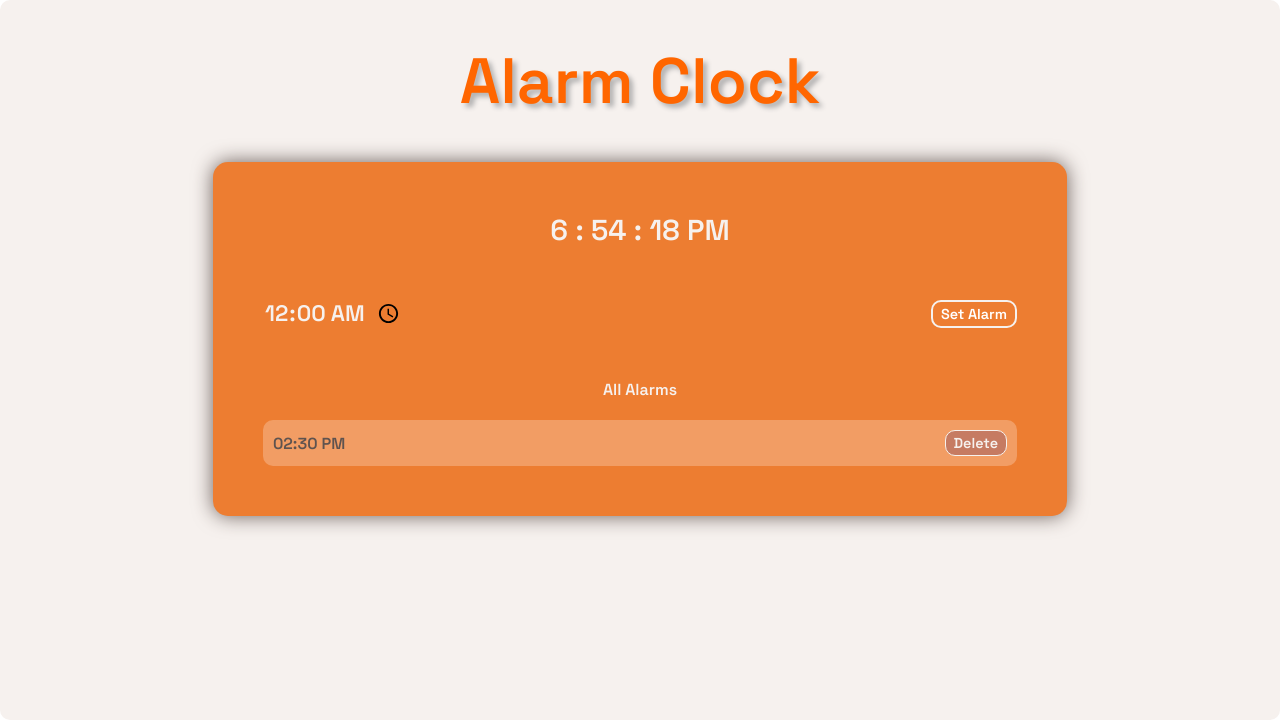
Repository: Pragya016/Alarm-Clock
Page: Index.html
An editor plug-in stored every save of this project. The page is shown before and after the next save, followed by the edit.
The browser window is 1280 px wide. The pictures show the whole page.

Above is the page before, as saved 2024-01-20 00:19:12.

### Index.html
<!DOCTYPE html>
<html lang="en">

<head>
    <meta charset="UTF-8">
    <meta name="viewport" content="width=device-width, initial-scale=1.0">
    <!-- css stylesheet -->
    <link rel="stylesheet" href="styles.css">

    <title>Alarm Clock</title>
</head>

<body>
    <div id="box">
        <h1>Alarm Clock</h1>
        <div class="container">

            <!-- showing the current time -->
            <div id="current-time">
                <h2 class="cur-time"></h2>
            </div>

            <!-- to set the alarm -->
            <div id="set-alarm">
                <h3>
                    <input type="time" class="set-time" value="00:00">
                </h3>
                <button type="button" id="set-alarm-btn">
                    Set Alarm
                </button>
            </div>

            <!-- list of alarms that are already been set -->
            <div id="all-alarms">
                <p class="heading"><b>All Alarms</b>
                </p>
                <div class="alarm">
                    <p class="preSetAlarmTime">
                        02:30 PM
                    </p>
                    <button type="button" class="dlt-alarm-btn">
                        Delete
                    </button>
                </div>
            </div>
        </div>
    </div>
    <!-- script -->
    <script src="clock.js"></script>
</body>

</html>

### styles.css
@import url('https://fonts.googleapis.com/css2?family=IBM+Plex+Mono:wght@700&family=Space+Grotesk:wght@600&display=swap');

/* default css styles */
:root {
    --creamColor : #F6F1EE;
    --orangeShadeDark : #ff6600;
    --OrangeColor : #ED7D31;
    --brownColor : #6C5F5B;
    --brownShadeDarker : #5f534f;
    --orangeShadeDarker : #ba4c28;
}

body, html{
    margin: 0;
    padding: 0;
}

*{
    box-sizing: border-box;
    margin: 0;
        font-family: 'IBM Plex Mono', monospace;
font-family: 'Space Grotesk', sans-serif;
}

/* main container */
#box{
    height: 100vh;
    padding: 30px;
    width: 100%;
    margin: auto;
    border-radius: 10px;
    background-color: var(--creamColor);
}

#box h1{
    color: var(--orangeShadeDark);
    text-align: center;
    margin-top: 10px;
    font-size: 4rem;
    overflow: hidden;
    text-shadow: 4px 4px 5px rgb(179, 178, 178);
}

/* ----------------------------- */

#current-time{
    font-size: 1.2rem;
}

/* ----------------------------- */

.container {
    color: var(--creamColor);
    height: auto;
    width: 70%;
    overflow: scroll;
    margin: 40px auto 0;
    padding: 50px;
    font-family: Arial, Helvetica, sans-serif;
    display: flex;
    flex-direction: column;
    /* letter-spacing: 3px; */
    align-items: center;
    border-radius: 15px;
    background-color: var(--OrangeColor);
    box-shadow: 0px 0px 20px var(--brownColor);
}

/* ----------------------------- */
/* set alarm container */

#set-alarm {
    display: flex;
    justify-content: space-between;
    width: 100%;
    margin: 50px auto 30px auto;
}

.set-time {
    cursor: pointer;
    border: none;
    background-color: #00000000;
    color: var(--creamColor);
}

.set-time{
    border: none;
    font-size: larger;
    font-weight: 600;
}

/* ----------------------------- */
/* all alarms container */

#all-alarms {
    margin-top: 20px;
    display: flex;
    justify-content: space-between;
    width: 100%;
    height: auto;
    flex-direction: column;
    align-items: center;
}

#all-alarms .heading {
    color: var(--creamColor);
}

.alarm{
    display: flex;
    justify-content: space-between;
    width: 100%;
    padding: 10px;
    background-color: rgba(255, 255, 255, 0.247);
    margin-top: 20px;align-items: center;
    border-radius: 10px;
}

.alarm .preSetAlarmTime {
    font-size: 1rem;
    color: var(--brownShadeDarker);
}

.dlt-alarm-btn{
    border: 1px solid var(--creamColor);;
    background-color: hsl(15, 47%, 58%);
    color: var(--creamColor);
}

.dlt-alarm-btn:hover {
    border-color:var(--orangeShadeDarker);
    background-color: #F6F1EE;
    color: var(--orangeShadeDarker);
}

/* ----------------------------- */

button {
    width: auto;
    margin: auto 0;
    border-radius: 10px;
    font: 600;
    font-size: 0.9rem;
    border: none;
     padding: 3px 8px;
    border: 2px solid #F6F1EE;;
    background-color: #ED7D31;
    cursor: pointer;
    color: white;
}

button:hover{
   color: #ce5300;
    background-color: var(--creamColor);
}

### clock.js
// selecting all the elements of html
const currentTime = document.querySelector('.cur-time');
const setNewAlarm = document.querySelector('.set-time');
const setNewAlarmBtn = document.querySelector('#set-alarm-btn');
const preSetAlarmTime = document.querySelector('.preSetAlarmTime');
const deleteBtn = document.querySelector('.dlt-alarm-btn');
const allAlarmsContainer = document.querySelector('#all-alarms');



// --------------------------------------------
// display the current time

function updateTime() {
    let currentDate = new Date();
    let hours = currentDate.getHours();
    let minutes = currentDate.getMinutes();
    let seconds = currentDate.getSeconds();

    // selecting am or pm
    var ampm = (hours >= 12) ? "PM" : "AM";

    // getting hours minutes and seconds
    hours = (hours < 10) ? "0" + hours : hours - 12;
    minutes = (minutes < 10) ? "0" + minutes : minutes;
    seconds = (seconds < 10) ? "0" + seconds : seconds;

    // setting the tet content to current time
    let currentTimeString = `${hours} : ${minutes} : ${seconds} ${ampm}`;
    currentTime.textContent = currentTimeString;
}

setInterval(updateTime, 1000);
updateTime();


// --------------------------------------------
// setting new alarm

setNewAlarmBtn.addEventListener('click', () => {
    // getting the input value
    const timeInput = setNewAlarm.value;
    let [hourVal, minVal] = timeInput.split(':');

    const period = hourVal >= 12 ? 'PM' : 'AM';

    // console.log(minVal, hourVal)
    if (hourVal === '00') {
        hourVal = 12;
    }
    if (hourVal > 12) {
        hourVal %= 12;
    }

    // html for newly created alarm
    const newAlarm = `
            <div class="alarm">
                <p class="preSetAlarmTime">
                    ${hourVal}:${minVal} ${period}
                </p>
                <button type="button" class="dlt-alarm-btn">
                    Delete
                </button>
            </div>
        `;

    // inserting the html to the container
    setTimeout(() => {
        allAlarmsContainer.insertAdjacentHTML('beforeend', newAlarm);
        setNewAlarm.value = '00:00';
        startCountDown(hourVal, minVal, period);
    }, 300);

});

// --------------------------------------------
function startCountDown(hours, minutes, period) {
    const now = new Date();
    const currentHours = now.getHours();
    const currentMinutes = now.getMinutes();
    let targetDate = now;

    // Convert hours to 24-hour format if PM
    if (period.toLowerCase() === 'pm') {
        hours = (hours % 12) + 12;
    } else {
        hours = hours % 12;
    }

    // Check if the specified time has already passed today
    if (currentHours > hours || (currentHours === hours && currentMinutes > minutes)) {
        // If yes, set the alarm for the same time on the next day
        targetDate.setDate(targetDate.getDate() + 1);
    }

    // Set the target time on the specified date
    targetDate.setHours(hours, minutes, 0, 0);

    // Calculate remaining seconds until the target time
    const remainingTime = targetDate.getTime() - now.getTime();

    setTimeout(() => {
        alert('alarm ended!!');
    }, remainingTime);
}

// --------------------------------------------
// deleting the alarm

allAlarmsContainer.addEventListener('click', (e) => {
    // checking if delete alarm btn is present or not
    if (e.target.classList.contains('dlt-alarm-btn')) {

        // finding the closest element
        const alarmElement = e.target.closest('.alarm');

        // deleting the alarm
        if (alarmElement) {
            setTimeout(() => {
                alarmElement.remove();
            }, 300);
        }
    }
});

After the next save:
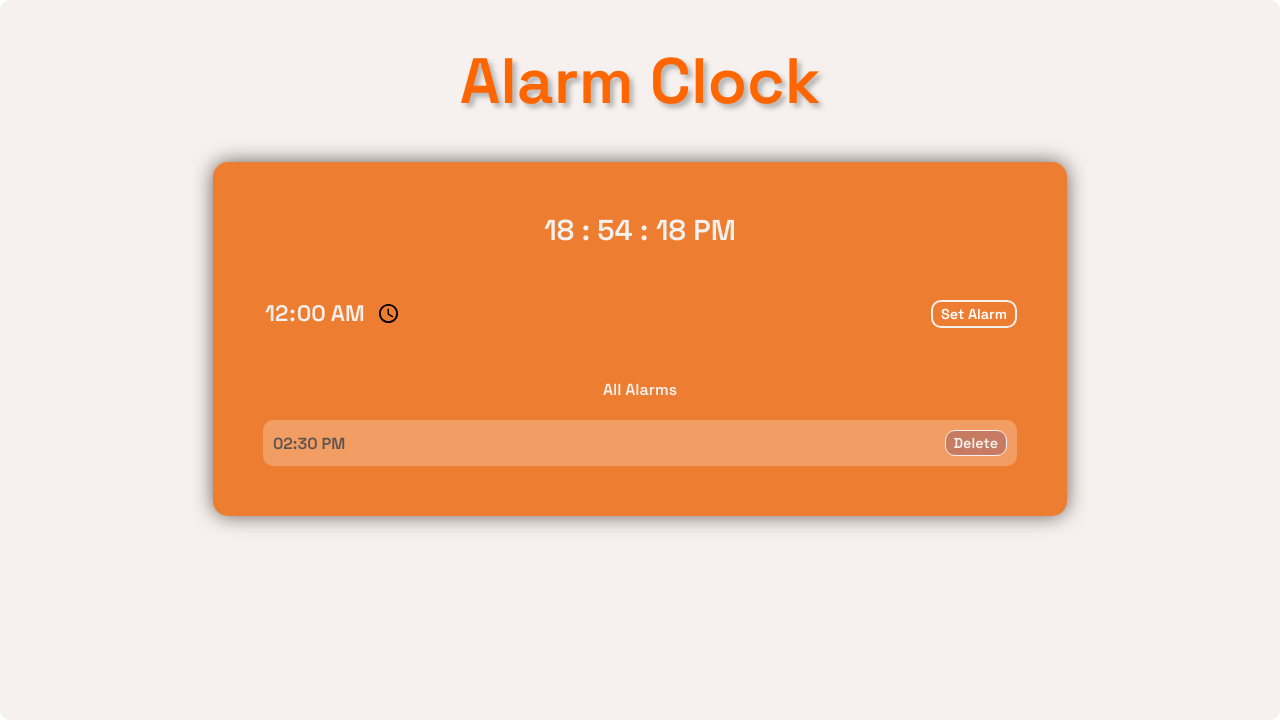
Saved 95 s later.
--- a/clock.js
+++ b/clock.js
@@ -1,4 +1,4 @@
-// selecting all the elements of html
+// Selecting all the elements of HTML
 const currentTime = document.querySelector('.cur-time');
 const setNewAlarm = document.querySelector('.set-time');
 const setNewAlarmBtn = document.querySelector('#set-alarm-btn');
@@ -6,10 +6,8 @@
 const deleteBtn = document.querySelector('.dlt-alarm-btn');
 const allAlarmsContainer = document.querySelector('#all-alarms');
 
-
-
 // --------------------------------------------
-// display the current time
+// Display the current time
 
 function updateTime() {
     let currentDate = new Date();
@@ -17,15 +15,15 @@
     let minutes = currentDate.getMinutes();
     let seconds = currentDate.getSeconds();
 
-    // selecting am or pm
+    // Selecting AM or PM
     var ampm = (hours >= 12) ? "PM" : "AM";
 
-    // getting hours minutes and seconds
-    hours = (hours < 10) ? "0" + hours : hours - 12;
+    // Getting hours, minutes, and seconds
+    hours = (hours < 10) ? "0" + hours : hours;
     minutes = (minutes < 10) ? "0" + minutes : minutes;
     seconds = (seconds < 10) ? "0" + seconds : seconds;
 
-    // setting the tet content to current time
+    // Setting the text content to current time
     let currentTimeString = `${hours} : ${minutes} : ${seconds} ${ampm}`;
     currentTime.textContent = currentTimeString;
 }
@@ -33,26 +31,24 @@
 setInterval(updateTime, 1000);
 updateTime();
 
-
 // --------------------------------------------
-// setting new alarm
+// Setting new alarm
 
 setNewAlarmBtn.addEventListener('click', () => {
-    // getting the input value
+    // Getting the input value
     const timeInput = setNewAlarm.value;
     let [hourVal, minVal] = timeInput.split(':');
 
     const period = hourVal >= 12 ? 'PM' : 'AM';
 
-    // console.log(minVal, hourVal)
+    // Adjusting hourVal for 12-hour format
     if (hourVal === '00') {
         hourVal = 12;
-    }
-    if (hourVal > 12) {
+    } else if (hourVal > 12) {
         hourVal %= 12;
     }
 
-    // html for newly created alarm
+    // HTML for the newly created alarm
     const newAlarm = `
             <div class="alarm">
                 <p class="preSetAlarmTime">
@@ -64,21 +60,41 @@
             </div>
         `;
 
-    // inserting the html to the container
-    setTimeout(() => {
-        allAlarmsContainer.insertAdjacentHTML('beforeend', newAlarm);
-        setNewAlarm.value = '00:00';
-        startCountDown(hourVal, minVal, period);
-    }, 300);
+    // Inserting the HTML to the container
+    allAlarmsContainer.insertAdjacentHTML('beforeend', newAlarm);
 
+    // Starting countdown for the new alarm
+    startCountDown(hourVal, minVal, period);
+
+    // Clearing the input field
+    setNewAlarm.value = '00:00';
 });
 
 // --------------------------------------------
+// Deleting the alarm
+
+allAlarmsContainer.addEventListener('click', (e) => {
+    // Checking if delete alarm btn is present or not
+    if (e.target.classList.contains('dlt-alarm-btn')) {
+
+        // Finding the closest element
+        const alarmElement = e.target.closest('.alarm');
+
+        // Deleting the alarm
+        if (alarmElement) {
+            alarmElement.remove();
+        }
+    }
+});
+
+// --------------------------------------------
+// Countdown function
+
 function startCountDown(hours, minutes, period) {
     const now = new Date();
     const currentHours = now.getHours();
     const currentMinutes = now.getMinutes();
-    let targetDate = now;
+    let targetDate = new Date();
 
     // Convert hours to 24-hour format if PM
     if (period.toLowerCase() === 'pm') {
@@ -96,29 +112,10 @@
     // Set the target time on the specified date
     targetDate.setHours(hours, minutes, 0, 0);
 
-    // Calculate remaining seconds until the target time
+    // Calculate remaining milliseconds until the target time
     const remainingTime = targetDate.getTime() - now.getTime();
 
     setTimeout(() => {
-        alert('alarm ended!!');
+        alert('Alarm ended!!');
     }, remainingTime);
 }
-
-// --------------------------------------------
-// deleting the alarm
-
-allAlarmsContainer.addEventListener('click', (e) => {
-    // checking if delete alarm btn is present or not
-    if (e.target.classList.contains('dlt-alarm-btn')) {
-
-        // finding the closest element
-        const alarmElement = e.target.closest('.alarm');
-
-        // deleting the alarm
-        if (alarmElement) {
-            setTimeout(() => {
-                alarmElement.remove();
-            }, 300);
-        }
-    }
-});
